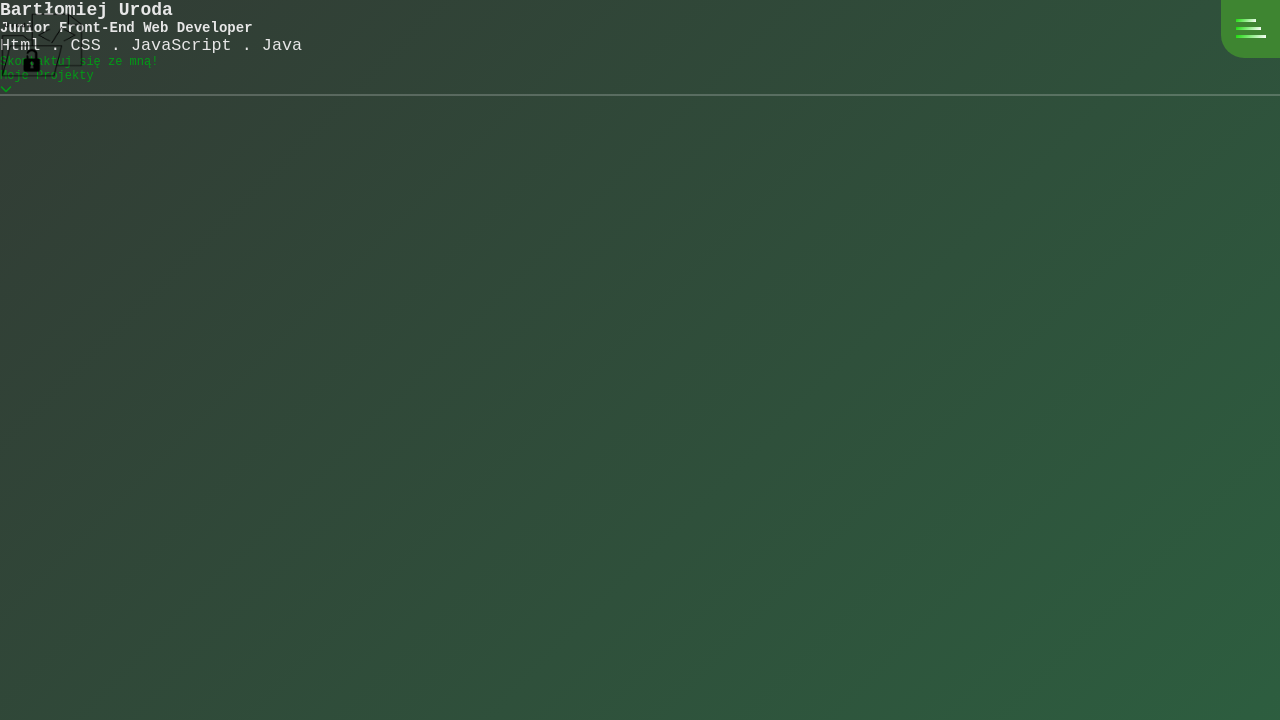
Repository: BartekUroda/portfolio
Page: index.html
The author's editor kept a copy of each file at every save. The page is drawn from the files as they stood at one save, then again after the next save.
The browser window is 1280 px wide. The pictures show the whole page.
Some web fonts or font styles are not loaded; a fallback is used. Some web libraries are served in a nearby version.

Above is the page before, as saved 2020-10-26 23:53:53.

After the next save:
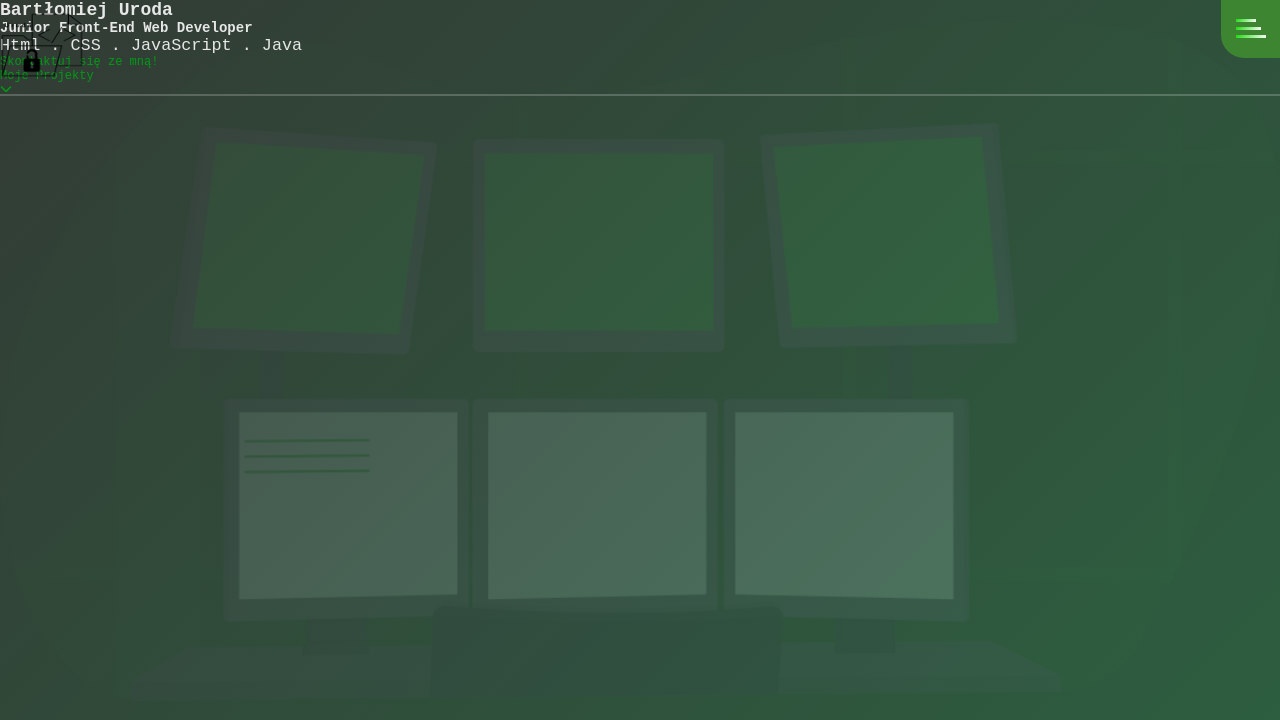
Saved 21 min 19 s later.
--- a/css/style.css
+++ b/css/style.css
@@ -175,5 +175,7 @@ nav {
         rgba(50, 58, 52, 0.9) 0%,
         rgba(44, 100, 65, 0.8) 100%
     ),
-    url('')
+    url('../images/mainpage.png') center no-repeat;
+    background-size: contain;
+    position: relative;
 }
